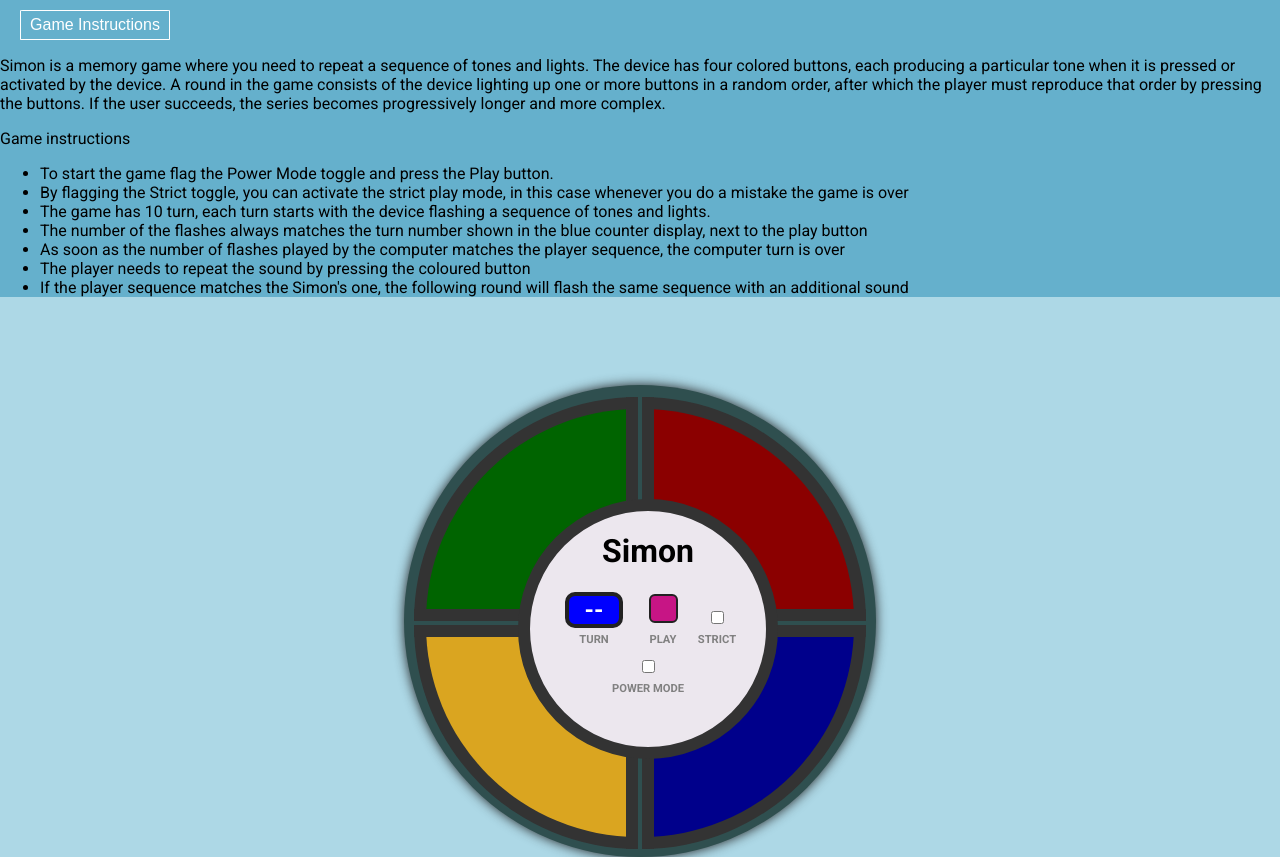
Repository: bbarbara19/memorygame
Page: index.html
The author's editor kept a record of every edit. The page is drawn from the files as they stood at one moment, then again after the next edit.
The browser window is 1280 px wide. The pictures show the whole page.

Above is the page before.

### index.html
<!DOCTYPE html>
<html lang="en">
<head>
    <meta charset="UTF-8">
    <meta name="viewport" content="width=device-width, initial-scale=1.0">
    <meta http-equiv="X-UA-Compatible" content="ie=edge">
    <link rel="stylesheet" href="style.css" type="text/css"/>
    <link href="https://fonts.googleapis.com/css?family=Press+Start+2P&display=swap" rel="stylesheet">
    <link rel="stylesheet" href="" type="text/css" />
    <script src="https://cdn.jsdelivr.net/npm/sweetalert2@8"></script>
    <title>Simon Game</title>
      <audio id="clip1" src="sounds/simonSound1.mp3"></audio>
      <audio id="clip2" src="sounds/simonSound2.mp3"></audio>
      <audio id="clip3" src="sounds/simonSound3.mp3"></audio>
      <audio id="clip4" src="sounds/simonSound4.mp3"></audio>
</head>
<body>

<!--nav bar-->

<nav>
   <div class="dropdown">
    <button class="btn-GameHelp">Game Instructions</button>
<!--game instructions-->    <div class="dropdown-content">
           <p class="instructions">Simon is a memory game where you need to repeat a sequence of tones and lights.
           The device has four colored buttons, each producing a particular tone when it is pressed or activated by the device.
           A round in the game consists of the device lighting up one or more buttons in a random order,
           after which the player must reproduce that order by pressing the buttons.
           If the user succeeds, the series becomes progressively longer and more complex.</p>
           <p>Game instructions</p>
             <ul>
                 <li>To start the game flag the Power Mode toggle and press the Play button.</li>
                 <li>By flagging the Strict toggle, you can activate the strict play mode, in this case whenever you do a mistake the game is over</li>
                 <li>The game has 10 turn, each turn starts with the device flashing a sequence of tones and lights.</li>
                 <li>The number of the flashes always matches the turn number shown in the blue counter display, next to the play button</li>
                 <li>As soon as the number of flashes played by the computer matches the player sequence, the computer turn is over</li>
                <li>The player needs to repeat the sound by pressing the coloured button</li>
                <li>If the player sequence matches the Simon's one, the following round will flash the same sequence with an additional sound</li>
             </ul>
         <p class="instructions"></p>
    </div><!--game instructions-->
  </div>
</nav>

<!--nav bar-->

<!--Container Game console-->
<div class="container">
    <div class="fourPads">
        <div>
            <div class="inline pad green" id='green'></div>
            <div class="inline pad red" id='red'></div>
        </div>
        <div>
          <div class="inline pad yellow" id='yellow'></div>
          <div class="inline pad blue" id='blue'></div>
        </div>
     </div> <!--end fourPads -->
     <div class="console"> <!--inner gma console -->
         <h1 class="brand">Simon</h1>
         <div class="rw">
             <div class="display inline">
                 <h1 class="counter boxTurn" id="Counter">--</h1>
                 <h3 class="label">TURN</h3>
             </div>
             <div class="btn-box inline">
                 <div class="round-btn clickable" id="start"></div>
                 <h3 class="label">PLAY</h3>
             </div>
             <div class="btn-box inline">
                 <input type="checkbox" class="toggle" id="strictMode">
                 <h3 class="label">STRICT</h3>
             </div> <!--ligh stric mode on-->
             <div>
                 <input type="checkbox" class="toggle inline" id="powerMode">
                 <h3 class="label">POWER MODE</h3>
                 </input>
             </div> <!--fine center div-->
         </div>
    </div>  <!--end inner game console -->
</div> <!--end main container -->
<script type="text/javascript" src="script.js"></script>
</body>
</html>

### style.css
@import url('https://fonts.googleapis.com/css?family=Roboto:300,400,500,700&display=swap');
@import url('https://fonts.googleapis.com/css?family=Press+Start+2P&display=swap');

body {
 background-color: lightblue;
 font-family:Roboto;
 margin:0;
 padding:0;
}

/*--style Button Drop down instructions--*/

/* Dropdown Button */
.btn-GameHelp {
  background-color: #65b0cc;
  color: white;
  padding: 5px;
  width:150px;
  position: relative;
  margin: 0 auto;
  font-size: 16px;
  cursor: pointer;
  left:20px;
  border-radius:2%;
  border: solid 1px white;
  text-align:center;
  margin-top:10px;
}

nav {
  margin:0;
  padding:0;
  width:100%;
  background-color:#65b0cc;
}

.title{
 width: 50%;
 margin: 0 auto;
}
/*--End style Button Drop down instructions--*/

/*--style Game container--*/

.h1{
  font-family: 'Press Start 2P', cursive;
  font-size:16px;
  color : #222;
}

.container{
  width: 472px;
  height:472px;
  border-radius:100%;
  position: relative;
  text-align: center;
  margin:auto;
  background-color:darkslategray;
  top:10vh;
  box-shadow: 0px 0px 12px #222;
}

.fourPads{
  position: relative;
  top:12px;
}

.pad.red {
    background:darkred;
    border-top-right-radius : 100%;
}

.pad.green {
    background:darkgreen;
    border-top-left-radius : 100%;
}

.pad.yellow {
    background:goldenrod;
    border-bottom-left-radius : 100%;
}

.pad.blue {
    background:darkblue;
    border-bottom-right-radius : 100%;
}

.console{
  width:50%;
  height:50%;
  position : absolute;
  border-radius:100%;
  top:50%;
  left:50%;
  margin: -122px 0 0  -122px;
  background-color:#ECE7EE;
  border: 12px solid #333;
}

.pad {
  position  : relative;
  width:200px;
  height:200px;
  background-color : grey;
  border: 12px solid #333;
}

.inline{
  display: inline-block;
}

.counter{
  font-family: Roboto;
  color : white;
  padding : 0px;
  font-size : 1.5em;
  width : 50px;
  background-color: #00FF;
  position:relative;
  border : 4px solid #222;
  border-radius : 10px;
  margin:auto;
}

.round-btn{
  width : 25px;
  height : 25px;
  position: relative;
  background-color : mediumvioletred;
  border-radius : 20%;
  border : 2px solid #222;
  margin:auto;
  top : -5px;
}

.round-btn:active{
    box-shadow : 0 1px 1px #292929;
    top : -4px;
}

.clickable{
  pointer-events : auto;
  cursor:pointer;
}

.led-on{
  background-color:#DC0D29;
}

.led-off{
  color:white;
}

.label{
  color : grey;
  font-family :Roboto;
  font-size:0.7em;
  margin-top:5px;
  text-align:center;
}

.display{
  width : 80px;
  position:relative;
  text-align:center;
}

.btn-box{
  width : 50px;
  position:relative;
}
/*--style Game container--*/

### script.js
let SimonOrder = [];
let playerOrder = [];
let flash;
let turn;
let good;
let SimonTurn;
let intervalId;
let strict = false;
let noise = true;
let on = false;
let win;

const turnCounter = document.querySelector("#Counter");

// event listener to check if StrictMode is checked or not
function StrictMode(){
  if (document.querySelector('#strictMode').checked == true){
  console.log('selezionato');
  strict = true;
  } else {
  strict = false;
  }
}


// event listener on the click on the strict mode checkbox, to call the function  StrictMode()
document.querySelector('#strictMode').addEventListener('click', function(){
 console.log('StrictMode');
 StrictMode();
})


// Power mode checked - allows different messages on the counter box TESTED

function PowerChecked(){
if (document.querySelector('#powerMode').checked == true){
  console.log('power mode is on');
  on = true;
  document.querySelector(".boxTurn").innerHTML = "ON";
  } else {
  console.log('power mode is off');
  on = false;
  document.querySelector(".boxTurn").innerHTML = "OFF";
  clearColor();
  clearInterval(intervalId);
  }
}

document.querySelector('#powerMode').addEventListener('click', function(){
 console.log('PowerClicked');
 PowerChecked();
 alert('Power Mode active, press the Play button!')
})

//function clear Color - reset the pad colours to dark after the turn
function clearColor() {
  document.querySelector('.green').style.backgroundColor = "darkgreen";
  document.querySelector('.red').style.backgroundColor = "darkred";
  document.querySelector('.yellow').style.backgroundColor = "goldenrod";
  document.querySelector('.blue').style.backgroundColor = "darkblue";
}

//function Flash Color - flashes the pad colours during the turn TESTED
function flashColor() {
 document.querySelector('.green').style.backgroundColor = "lime";
 document.querySelector('.red').style.backgroundColor = "red";
 document.querySelector('.yellow').style.backgroundColor = "yellow";
 document.querySelector('.blue').style.backgroundColor = "turquoise";
}

//functions play audio
function padgreen() {
  if (noise) {
    let audio = document.getElementById("clip1");
    audio.play();
  }
  noise = true;
  document.querySelector('.green').style.backgroundColor = "lime";
}

function padred() {
  if (noise) {
    let audio = document.getElementById("clip2");
    audio.play();
  }
  noise = true;
  document.querySelector('.red').style.backgroundColor = "red";
}

function padblue() {
  if (noise) {
    let audio = document.getElementById("clip3");
    audio.play();
  }
  noise = true;
  document.querySelector('.blue').style.backgroundColor = "turquoise";
}

function padyellow() {
  if (noise) {
    let audio = document.getElementById("clip4");
    audio.play();
  }
  noise = true;
  document.querySelector('.yellow').style.backgroundColor = "yellow";
}

//Play function at the start Simon and Player order set to zero, counter set to 1
function play() {
  SimonOrder = [];
  playerOrder = [];
  flash = 0;
  win = false;
  intervalId = 0;
  turn = 1;
  turnCounter.innerHTML = 1;
  good = true;
  for (var i = 0; i < 10; i++) {
    SimonOrder.push(Math.floor(Math.random() * 4) + 1);
  }
  console.log(SimonOrder);
  SimonTurn = true; //it starts with the computer turn
  intervalId = setInterval(gameTurn, 800); //setinterval is going to run the function gameTurn after 800 mlliseconds
  //the computer flashes a ligh after 800 milliseconds and is going to repeat it until this interval is cleared
  //this interval is cleared after all the lights have been flashed
}

function gameTurn() {
  on = false; //during the computer turn the player can't click on the buttons
  if (flash == turn) {
    clearInterval(intervalId);
    SimonTurn = false;
    clearColor();
    on = true;
  }


  // if it is the computer turn,  it clears all the pad colours and activate the flashes on the four pads
    if (SimonTurn) {
    clearColor();
    setTimeout( function Flash() {  //setTimeout after 200 milliseconds
      if (SimonOrder[flash] == 1){
        padgreen();
      }
      if (SimonOrder[flash] == 2){
        padred();
      }
      if (SimonOrder[flash] == 3){
        padblue();
      }
      if (SimonOrder[flash] == 4){
        padyellow();
      }
      flash++; //flash started at 0 and is going to be incremented of one every time the computer flashes, this happens after 200 milliseconds
      //a light is going to be to
    }, 200);
  }

}

//event listener of the start button to call the play()function
document.querySelector("#start").addEventListener('click', function StartCommand(){
  if (on || win) {
  console.log('start pressed');
  play();
  }
})

//function to check the win status
function check() {
  if (playerOrder[playerOrder.length - 1] !== SimonOrder[playerOrder.length - 1]) {
    good = false;
    console.log(good);
    window.alert("try again!");
  }

  if (playerOrder.length == 10 && good) {
    winGame();
  }

  if (good == false) {
    flashColor();
    turnCounter.innerHTML ="NO!";
    /*inner html not working*/
    setTimeout(() => {
      turnCounter.innerHTML = turn;
      clearColor();

      if (strict) {
        play();//reset the game to zero and start play again
      } else {
        SimonTurn = true;
        flash = 0;
        playerOrder = [];
        good = true;
        intervalId = setInterval(gameTurn, 800);
      }
    }, 800);
    noise = false;
  }

   if (turn == playerOrder.length && good && !win) {
    turn++;
    playerOrder = [];
    SimonTurn = true;
    flash = 0;
    window.alert("you won the turn!");
    turnCounter.innerHTML = turn;
    intervalId = setInterval(gameTurn, 800);
    console.log('the turn number is:'+turn);
  }

}


/*function that listens to the player click on the pads, records the number clicked in the Player Order array
flashes the pad and sound and after a timeout clear the pad colours*/

document.querySelectorAll('.pad').forEach(function(e){
    e.addEventListener('click', function(){
      if (on){
        console.log('cliccato');
        var padClicked = this.id;
              switch (padClicked) {
              case "green":
                console.log('green clicked');
                playerOrder.push(1);
                console.log(playerOrder);
                padgreen();
                check();
                if (!win) {
                  setTimeout(function(){
                  clearColor();
                 }, 300);
                }
                break;
              case "yellow":
                console.log('yellow clicked');
                playerOrder.push(4);
                console.log(playerOrder);
                padyellow();
                check();
                if (!win) {
                  setTimeout(function(){
                  clearColor();
                 }, 300);
                }
                break;
              case "red":
                console.log('red clicked');
                playerOrder.push(2);
                console.log(playerOrder);
                padred();
                check();
                if (!win) {
                  setTimeout(function(){
                  clearColor();
                 }, 300);
                }
                break;
              case "blue":
                console.log('blue clicked');
                playerOrder.push(3);
                console.log(playerOrder);
                padblue();
                check();
                if (!win) {
                  setTimeout(function(){
                  clearColor();
                 }, 300);
                }
                break;
              default:
                console.log('no match found');
            }
         }
          })
      })


// function win the game
function winGame() {
  flashColor();
  turnCounter.innerHTML = "WIN!";
  on = false;
  win = true;
  alert('Congratulations you won the game');
}

// function sweetalert2 - alert Game Help instructions

function confirmation()
  {
    Swal.fire({
  type: 'info',
  text: "You won't be able to revert this!",
  html:
    '<small>Simon is a memory game where you need to repeat a sequence of tones and lights, played by the device by pressing the buttons.</small>' +
    '<small>To win the game you have to pass 10 rounds, at each turn, the series becomes progressively longer and more complex.</small>' +
    '<small><h3><b>How to play</b></h3></small>' +
    '<li><small>To start the game check the Power Mode and the Play button</small></li>' +
    '<li><small>Each turn starts with the device flashing a sequence of lights</small></li>' +
    '<li><small>You have to repeat the same sequence by pressing the buttons</small></li>' +
    '<li><small>If you do a mistake, you can retry after the sequence is repeated</small></li>' +
    '<li><small>With the strict mode checked, the game is over after each mistake</small></li>' +
    '<li><small>The number of flashes matches the turn number of the counter</small></li>' +
    '<li><small>In each turn an additional sound is added to the previous sequence</small></li>',
  showCloseButton: true,
  showCancelButton: false,
  focusConfirm: false,
  confirmButtonAriaLabel: 'Thumbs up, great!',
    })
  }

After the next edit:
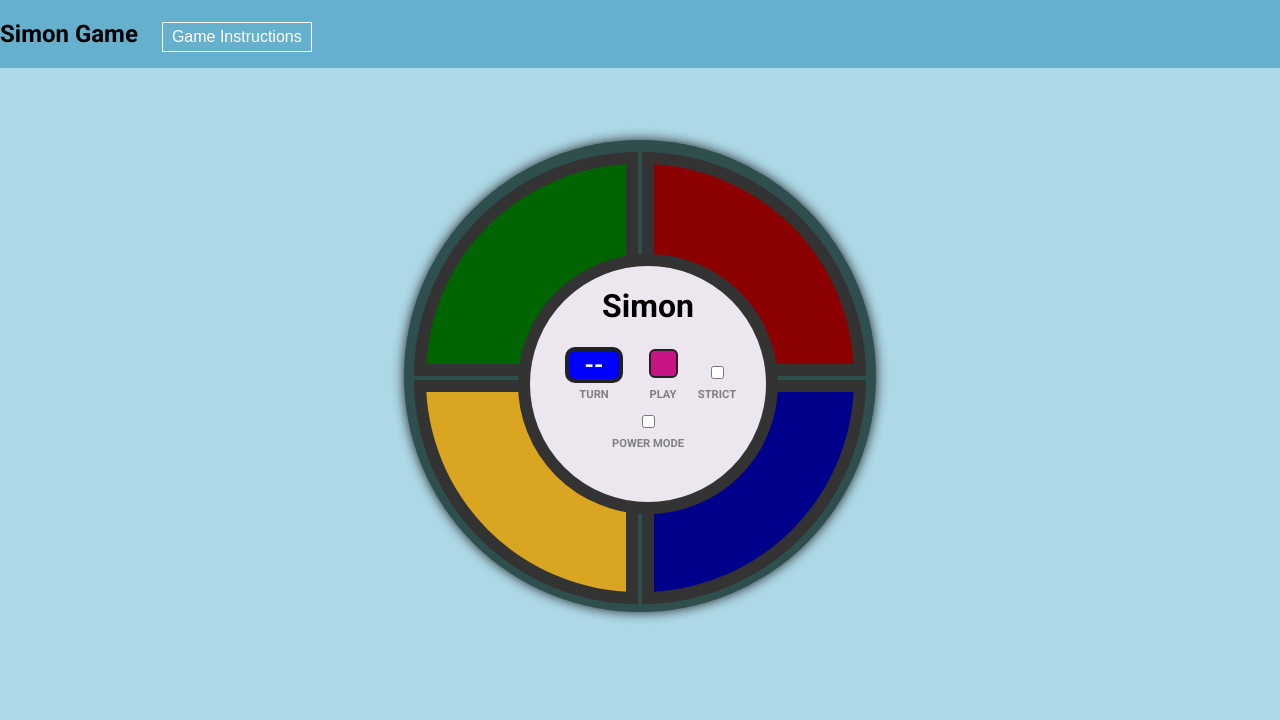
The edit:
--- a/index.html
+++ b/index.html
@@ -19,27 +19,8 @@
 <!--nav bar-->
 
 <nav>
-   <div class="dropdown">
-    <button class="btn-GameHelp">Game Instructions</button>
-<!--game instructions-->    <div class="dropdown-content">
-           <p class="instructions">Simon is a memory game where you need to repeat a sequence of tones and lights.
-           The device has four colored buttons, each producing a particular tone when it is pressed or activated by the device.
-           A round in the game consists of the device lighting up one or more buttons in a random order,
-           after which the player must reproduce that order by pressing the buttons.
-           If the user succeeds, the series becomes progressively longer and more complex.</p>
-           <p>Game instructions</p>
-             <ul>
-                 <li>To start the game flag the Power Mode toggle and press the Play button.</li>
-                 <li>By flagging the Strict toggle, you can activate the strict play mode, in this case whenever you do a mistake the game is over</li>
-                 <li>The game has 10 turn, each turn starts with the device flashing a sequence of tones and lights.</li>
-                 <li>The number of the flashes always matches the turn number shown in the blue counter display, next to the play button</li>
-                 <li>As soon as the number of flashes played by the computer matches the player sequence, the computer turn is over</li>
-                <li>The player needs to repeat the sound by pressing the coloured button</li>
-                <li>If the player sequence matches the Simon's one, the following round will flash the same sequence with an additional sound</li>
-             </ul>
-         <p class="instructions"></p>
-    </div><!--game instructions-->
-  </div>
+    <h1 class="inline">Simon Game</h1>
+    <button class="btn-GameHelp inline" onclick="confirmation();">Game Instructions</button>
 </nav>
 
 <!--nav bar-->
